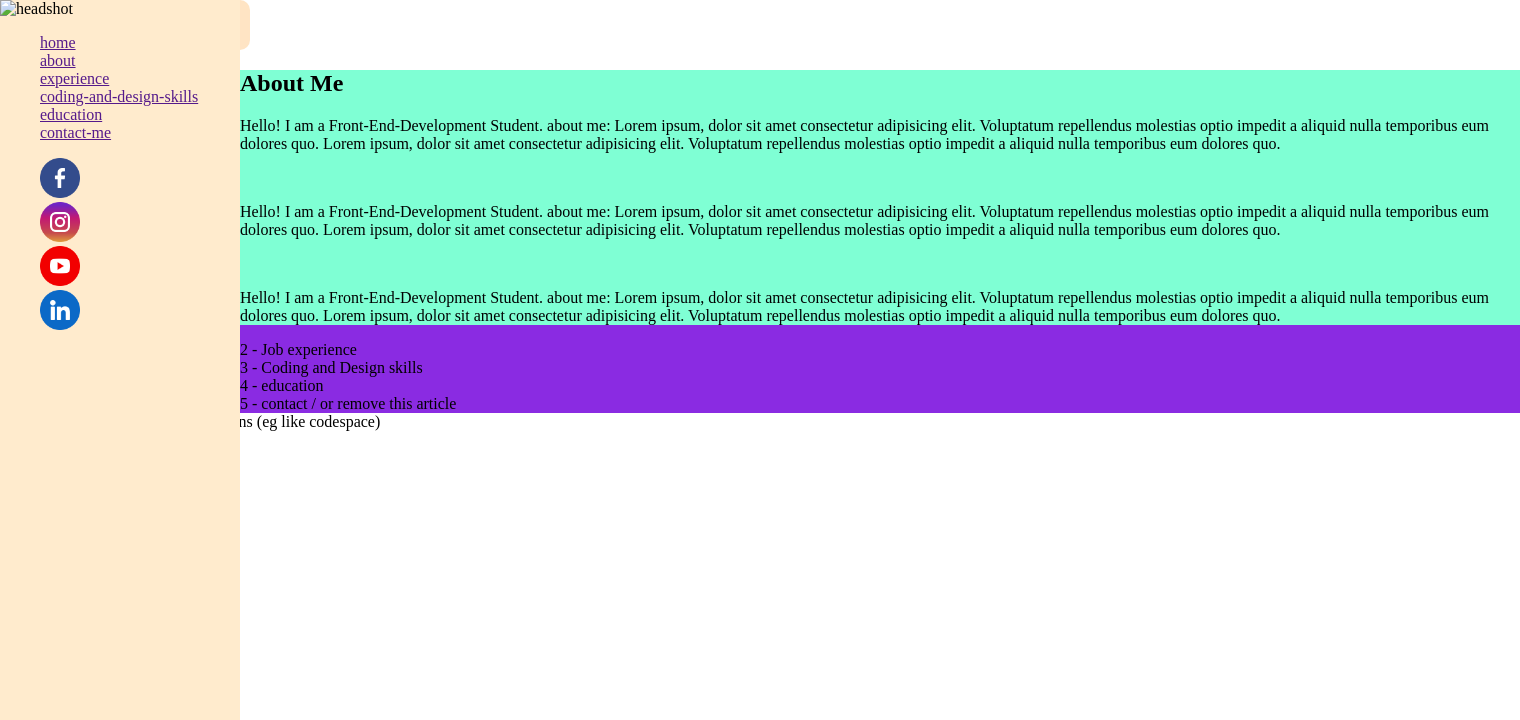
Repository: WesleyErasmus/MyDigitalResume-5
Page: index.html
These files come from the project's save history. The page is drawn as it stood at one moment and after the next save; the edit follows.
The browser window is 1280 px wide. The page is 1520 px wide, so the pictures cover 1520 px, including what lies to the right of the window. The pictures show the whole page.

Above is the page before, as saved 2022-02-24 16:11:07.

After the next save:
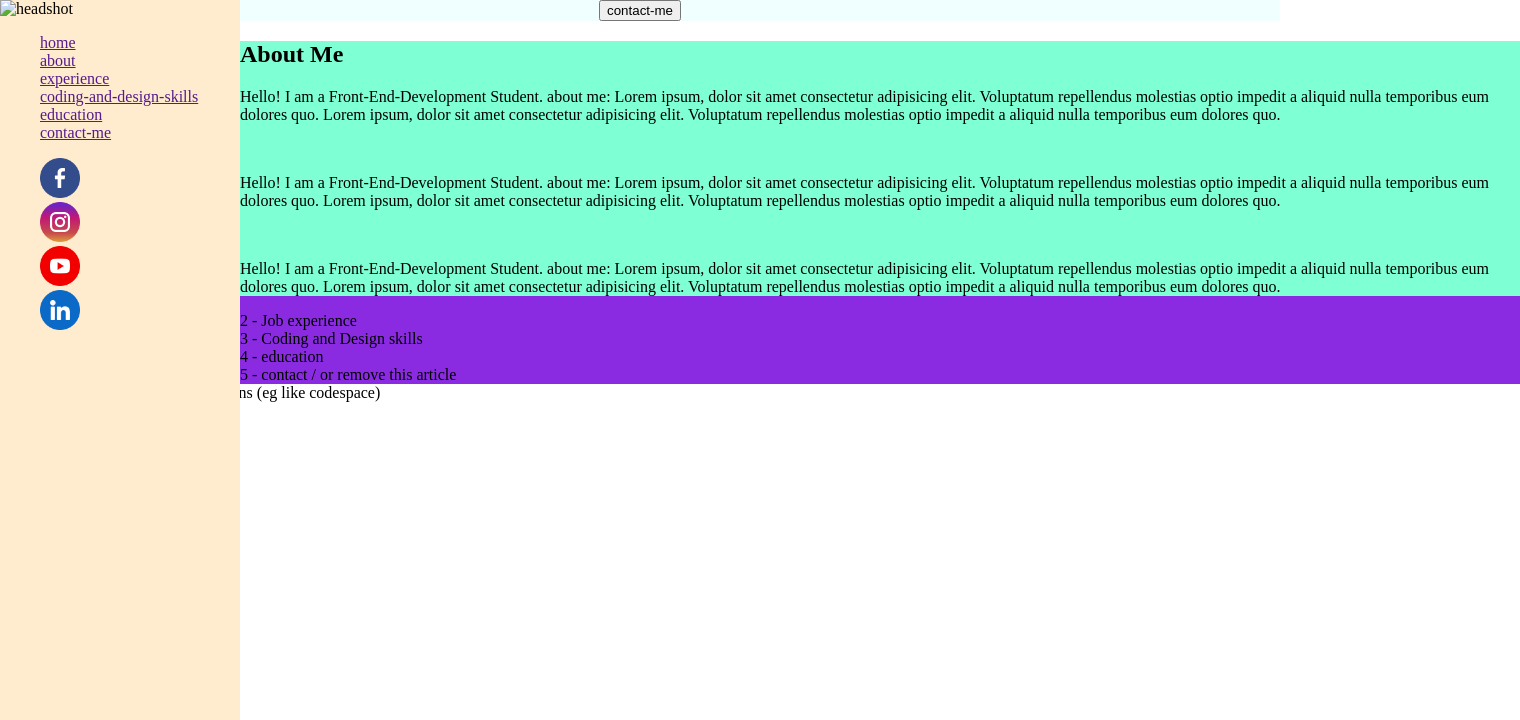
Saved 7 s later.
--- a/stylesheet.css
+++ b/stylesheet.css
@@ -6,17 +6,17 @@ body {
     margin: 0;
     padding: 0;
 }
-/* header {
+header {
     background-color: azure;
     text-align: center;
-} */
-button#contact-me-btn {
+}
+/* button#contact-me-btn {
     background-color: bisque;
     width: 250px;
     height: 50px;
     border-radius: 10px;
     border: none;
-}
+} */
 nav {
     background-color: blanchedalmond;
     float: left;
